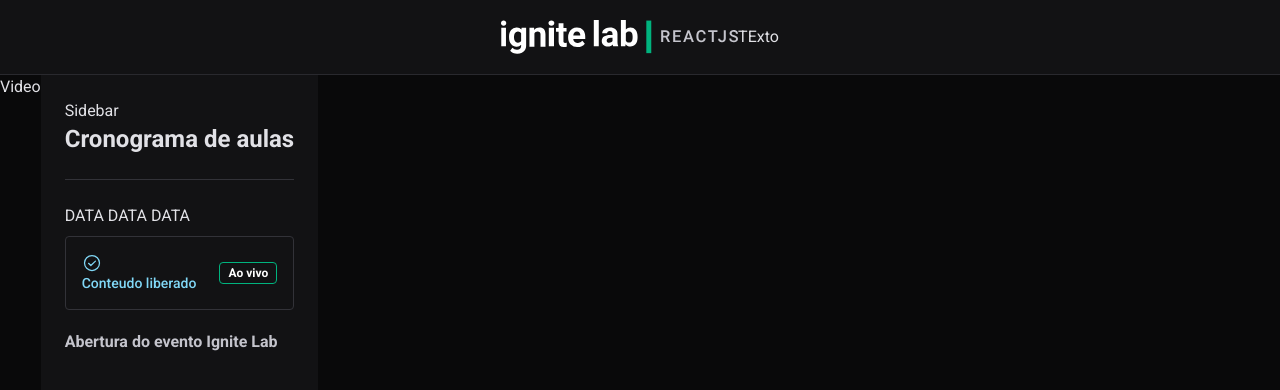
Repository: weltergab/Event_Plataform-IgniteLab
Page: /
These files come from the project's save history. The page is drawn as it stood at one moment and after the next save; the edit follows.
The browser window is 1280 px wide. The pictures show the whole page.
The page's requests for data from a server got no answer. The project was rebuilt for these pictures with package versions that can differ from the ones it lists, and the page was loaded fresh each time. No one was signed in, and anything a server would have sent is missing. Also part of the build but not shown: vite.config.ts.

Above is the page before, as saved 2022-06-24 17:02:15.

### index.html
<!DOCTYPE html>
<html lang="en">

<head>
  <meta charset="UTF-8" />
  <link rel="icon" type="image/svg+xml" href="/src/favicon.svg" />
  <meta name="viewport" content="width=device-width, initial-scale=1.0" />

  <link rel="preconnect" href="https://fonts.googleapis.com" />
  <link rel="preconnect" href="https://fonts.gstatic.com" crossorigin />
  <link href="https://fonts.googleapis.com/css2?family=Roboto:wght@400;500;700&display=swap" rel="stylesheet" />

  <title>Event Plataform</title>
</head>

<body>
  <div id="root"></div>
  <script type="module" src="/src/main.tsx"></script>
</body>

</html>

### src/main.tsx
import { ApolloProvider } from '@apollo/client'
import React from 'react'
import ReactDOM from 'react-dom/client'
import App from './App'
import { client } from './lib/apollo';

import './styles/global.css'

ReactDOM.createRoot(document.getElementById('root')!).render(
  <ApolloProvider client={client}>
    <React.StrictMode>
    <App />
    </React.StrictMode>
  </ApolloProvider>

)

### src/App.tsx
import { gql, useQuery } from '@apollo/client'
import { useState } from 'react'

import { Event } from './pages/Event'


const GET_LESSONS_QUERY = gql`
  query {
    lessons {
      id
      title
    }

  }
`




function App() {
  const { data } = useQuery(GET_LESSONS_QUERY)

  console.log(data);





  const [count, setCount] = useState(0)

  return (
    <div className="All">
      <Event />
    </div>

  )
}

export default App

### src/lib/apollo.ts
import { ApolloClient, InMemoryCache } from "@apollo/client";

export const client = new ApolloClient({
    uri: 'https://api-sa-east-1.graphcms.com/v2/cl4pywx0h2kp101xtf4npbpzl/master',
    cache: new InMemoryCache()
})

### src/pages/Event.tsx
import { Header } from "../components/Header";
import { Sidebar } from "../components/Sidebar";
import { Video } from "../components/Video";

export function Event() {
    return (
        <div className="flex flex-col min-h-screen">
            <Header />
            <main className="flex flex-1">
                <Video />
                <Sidebar />
            </main>
        </div>
    )
}

### src/components/Header.tsx
import { Logo } from "./Logo";

export function Header(){
    return (
        <header className="w-full py-5 flex items-center justify-center bg-gray-700 border-b border-gray-600">
            <Logo />
            TExto
        </header>
    )
}

### src/components/Sidebar.tsx
import { Lesson } from "./Lesson";

export function Sidebar() {
    return (
        <aside className="w-[348] bg-gray-700 p-6 border-1 border-gray-600">
            <h1>Sidebar</h1>
            <span className="font-bold text-2xl pb-6 mb-6 border-b border-gray-500 block">
                Cronograma de aulas
            </span>
            <div className="flex flex-col gab-8">
                <Lesson />
            </div>
        </aside>
    )
}

### src/components/Video.tsx
export function Video(){
    return (
        <h1>Video</h1>
    )
}

### src/components/Logo.tsx
export function Logo() {
  return (
    <svg
      xmlns="http://www.w3.org/2000/svg"
      width="237"
      height="34"
      fill="none"
      viewBox="0 0 237 34"
    >
      <path
        fill="#fff"
        d="M.002 3.112a2.49 2.49 0 01.165-.987c.12-.314.304-.595.535-.83A2.906 2.906 0 012.615.572c.698 0 1.374.257 1.912.723.23.24.412.524.536.837a2.701 2.701 0 010 1.979 2.568 2.568 0 01-.536.837 2.889 2.889 0 01-1.907.723 2.901 2.901 0 01-1.908-.723 2.458 2.458 0 01-.538-.84 2.645 2.645 0 01-.172-.996zm4.96 23.146H.273V7.862h4.689v18.397zM8.012 16.973c0-2.853.686-5.145 2.055-6.883a6.653 6.653 0 015.528-2.606 5.869 5.869 0 014.802 2.09l.2-1.751h4.538v17.95a7.891 7.891 0 01-1.12 4.246 7.243 7.243 0 01-3.147 2.752 11.155 11.155 0 01-4.742.94c-1.378 0-2.74-.279-4.008-.812a7.08 7.08 0 01-2.946-2.11l2.208-3.02a5.905 5.905 0 004.543 2.08 4.356 4.356 0 003.104-1.059 3.938 3.938 0 001.103-2.993v-.994a5.775 5.775 0 01-4.555 1.935 6.647 6.647 0 01-3.05-.652 6.615 6.615 0 01-2.408-1.967c-1.397-1.752-2.085-4.089-2.085-6.942v-.21h-.025l.005.006zm4.997.355a6.723 6.723 0 001.026 3.956 3.233 3.233 0 002.799 1.443c.651.045 1.3-.088 1.878-.39a3.52 3.52 0 001.396-1.305v-7.825a3.448 3.448 0 00-1.374-1.305 3.504 3.504 0 00-1.86-.39 3.28 3.28 0 00-1.61.365 3.22 3.22 0 00-1.219 1.103c-.688.975-1.036 2.418-1.036 4.348zM33.098 7.833l.158 2.196a6.527 6.527 0 012.371-1.927 6.38 6.38 0 012.971-.62c1.97 0 3.438.597 4.39 1.79.953 1.194 1.456 2.936 1.486 5.293v12.249h-4.962V14.683a3.367 3.367 0 00-.684-2.344 3.086 3.086 0 00-1.069-.598 3.008 3.008 0 00-1.211-.13 3.349 3.349 0 00-1.821.454c-.553.32-1.01.794-1.313 1.367v13.37H28.45V7.845l4.647-.012zM47.512 3.112a2.304 2.304 0 01.185-.988 2.42 2.42 0 01.59-.831A3.439 3.439 0 0150.404.57c.772 0 1.52.256 2.117.723.508.486.792 1.142.792 1.826 0 .683-.284 1.34-.792 1.826a3.417 3.417 0 01-2.11.723c-.77 0-1.517-.257-2.11-.723a2.47 2.47 0 01-.594-.839 2.342 2.342 0 01-.19-.994h-.005zm5.483 23.149h-5.18V7.86h5.18v18.4zM62.454 3.334v4.612h3.107v3.677h-3.107v9.382c-.05.53.091 1.063.395 1.495a1.824 1.824 0 001.473.45c.476.002.95-.035 1.421-.114v3.803a9.672 9.672 0 01-2.939.449c-3.398 0-5.128-1.775-5.19-5.32V11.644h-2.642V7.968h2.643V3.356h4.841v-.025l-.002.003zM76.487 27.08a9.277 9.277 0 01-6.759-2.55c-1.74-1.699-2.605-3.957-2.605-6.797v-.494a11.295 11.295 0 011.098-5.08 8.141 8.141 0 013.111-3.465 8.72 8.72 0 014.59-1.22c2.577 0 4.62.815 6.098 2.449 1.478 1.633 2.226 3.94 2.226 6.929v2.055h-12.01a4.665 4.665 0 001.473 2.971 4.487 4.487 0 003.111 1.111 5.426 5.426 0 004.548-2.115l2.476 2.781a7.506 7.506 0 01-3.07 2.507 9.81 9.81 0 01-4.287.916v.002zm-.594-15.514a3.127 3.127 0 00-2.428 1.012 5.405 5.405 0 00-1.188 2.912h7.006v-.405a3.749 3.749 0 00-.908-2.608 3.252 3.252 0 00-2.45-.908h-.03l-.002-.003zM97.771 26.259h-4.957V0h4.957V26.26zM112.209 26.259c-.227-.444-.392-.997-.496-1.659-1.196 1.333-2.751 2.002-4.666 2.002-1.811 0-3.314-.523-4.504-1.572-1.191-1.049-1.786-2.372-1.786-3.966 0-1.96.725-3.464 2.179-4.513 1.453-1.049 3.553-1.58 6.3-1.59h2.273v-1.06c0-.854-.22-1.54-.659-2.051-.44-.513-1.131-.77-2.078-.77-.832 0-1.486.2-1.957.6-.474.4-.708.945-.708 1.64h-4.941c0-1.07.331-2.062.992-2.973.662-.91 1.597-1.626 2.804-2.144 1.206-.518 2.564-.778 4.069-.778 2.28 0 4.089.573 5.429 1.718 1.34 1.145 2.009 2.756 2.009 4.83v8.017c.012 1.754.256 3.082.735 3.983v.29h-4.992l-.003-.004zm-4.086-3.435c.728 0 1.402-.163 2.016-.486.614-.326 1.071-.76 1.367-1.308v-3.181h-1.846c-2.472 0-3.79.854-3.948 2.564l-.017.291c0 .614.217 1.123.649 1.523.434.4 1.026.6 1.779.6v-.003zM136.58 17.183c0 2.963-.632 5.273-1.898 6.931-1.265 1.659-3.032 2.488-5.3 2.488-2.006 0-3.608-.77-4.805-2.308l-.222 1.967h-4.444V.001h4.94v9.418c1.14-1.332 2.638-2 4.496-2 2.256 0 4.025.828 5.308 2.487 1.283 1.658 1.923 3.992 1.923 7v.274l.002.003zm-4.94-.358c0-1.868-.296-3.233-.889-4.094-.592-.861-1.475-1.29-2.65-1.29-1.572 0-2.655.643-3.247 1.932v7.299c.604 1.298 1.697 1.95 3.282 1.95 1.584 0 2.643-.788 3.146-2.36.239-.752.358-1.897.358-3.437z"
      ></path>
      <path
        fill="#C4C4CC"
        d="M164.51 17.501h-2.283v4.53h-2.048v-11.78h4.143c1.36 0 2.408.306 3.149.915.74.61 1.108 1.493 1.108 2.648 0 .787-.19 1.449-.57 1.98-.38.532-.911.94-1.59 1.226l2.646 4.906v.106h-2.194l-2.364-4.531h.003zm-2.283-1.65h2.105c.691 0 1.229-.176 1.619-.524.39-.348.582-.824.582-1.429 0-.604-.18-1.12-.538-1.466-.358-.345-.893-.523-1.606-.533h-2.162V15.85zM179.066 16.773h-4.839v3.625h5.656v1.634h-7.704V10.25h7.648v1.65h-5.6v3.253h4.839v1.62zM189.803 19.29h-4.565l-.955 2.744h-2.127l4.452-11.783h1.836l4.459 11.783h-2.137l-.963-2.744zm-3.99-1.65h3.415l-1.707-4.89-1.708 4.89zM204.716 18.197c-.119 1.256-.583 2.238-1.392 2.941-.81.703-1.885 1.056-3.228 1.056-.938 0-1.764-.222-2.48-.668-.715-.445-1.266-1.079-1.656-1.898-.387-.82-.589-1.772-.607-2.858v-1.1c0-1.11.198-2.09.59-2.937.392-.846.96-1.5 1.695-1.96.736-.458 1.587-.688 2.554-.688 1.301 0 2.347.353 3.139 1.057.792.703 1.254 1.7 1.385 2.99h-2.039c-.096-.846-.343-1.458-.74-1.833-.397-.375-.977-.563-1.745-.563-.89 0-1.574.326-2.05.977-.479.652-.721 1.605-.733 2.863v1.044c0 1.273.227 2.245.683 2.917.457.668 1.123 1.004 2.004 1.004.805 0 1.409-.18 1.814-.543.405-.363.661-.962.77-1.804h2.038l-.002.003zM216.481 11.902h-3.674v10.132h-2.031V11.902h-3.642V10.25h9.347v1.65zM222.759 10.251h2.039v8.262c0 1.127-.353 2.023-1.057 2.687-.703.664-1.633.995-2.788.995-1.229 0-2.179-.311-2.848-.93-.669-.62-1.004-1.484-1.004-2.59h2.038c0 .627.156 1.096.467 1.412.31.316.76.474 1.347.474.55 0 .989-.183 1.315-.545.326-.366.489-.867.489-1.51V10.25h.002zM234.952 18.999c0-.518-.183-.918-.545-1.197-.363-.279-1.022-.563-1.972-.849-.95-.286-1.705-.604-2.265-.955-1.074-.674-1.612-1.555-1.612-2.638 0-.95.388-1.732 1.163-2.347.774-.614 1.779-.922 3.015-.922.819 0 1.55.15 2.194.454a3.597 3.597 0 011.513 1.29c.367.558.55 1.177.55 1.858h-2.038c0-.614-.193-1.095-.578-1.443-.385-.348-.938-.524-1.656-.524-.668 0-1.189.144-1.557.43-.37.286-.555.686-.555 1.197 0 .432.2.792.6 1.08.399.29 1.056.57 1.974.842.918.271 1.653.582 2.208.93.556.348.963.748 1.222 1.197.259.452.387.977.387 1.582 0 .982-.375 1.762-1.127 2.342-.753.58-1.775.87-3.063.87a5.755 5.755 0 01-2.352-.473c-.715-.316-1.27-.75-1.668-1.308-.397-.555-.594-1.204-.594-1.942h2.048c0 .669.222 1.187.664 1.555.441.367 1.075.55 1.902.55.713 0 1.246-.143 1.607-.432.357-.288.538-.671.538-1.145l-.003-.002z"
      ></path>
      <path fill="#00B37E" d="M150.271 33.146h-4.958V.57h4.958v32.576z"></path>
    </svg>
  );
}

### src/components/Lesson.tsx
import { CheckCircle } from 'phosphor-react'

export function Lesson() {
    return (
        <a href="#">
            <span>
                DATA DATA DATA
            </span>

            <div className="rounded border border-gray-500 p-4 mt-2">
                <header className="flex items-center justify-between">
                    <span className="text-sm text-blue-500 font-medium">
                        <CheckCircle size={20} />
                        Conteudo liberado
                    </span>
                    <span className="text-xs rounded py-[0.125rem] px-2 text-white border border-green-300 font-bold">
                        Ao vivo
                    </span>
                </header>
            </div>
            <strong className="text-gray-200 mt-5 block">
                Abertura do evento Ignite Lab
            </strong>
        </a>

    )
}

Loaded but not shown: src/styles/global.css (common file); tailwind.config.js (common file)

After the next save:
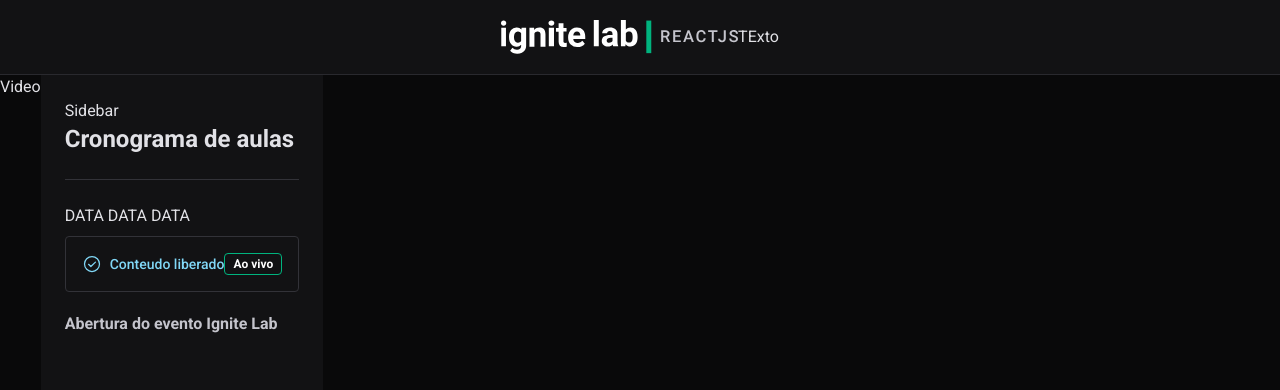
Saved 27 s later.
--- a/src/components/Lesson.tsx
+++ b/src/components/Lesson.tsx
@@ -9,7 +9,7 @@
 
             <div className="rounded border border-gray-500 p-4 mt-2">
                 <header className="flex items-center justify-between">
-                    <span className="text-sm text-blue-500 font-medium">
+                    <span className="text-sm text-blue-500 font-medium flex items-center gap-2">
                         <CheckCircle size={20} />
                         Conteudo liberado
                     </span>
